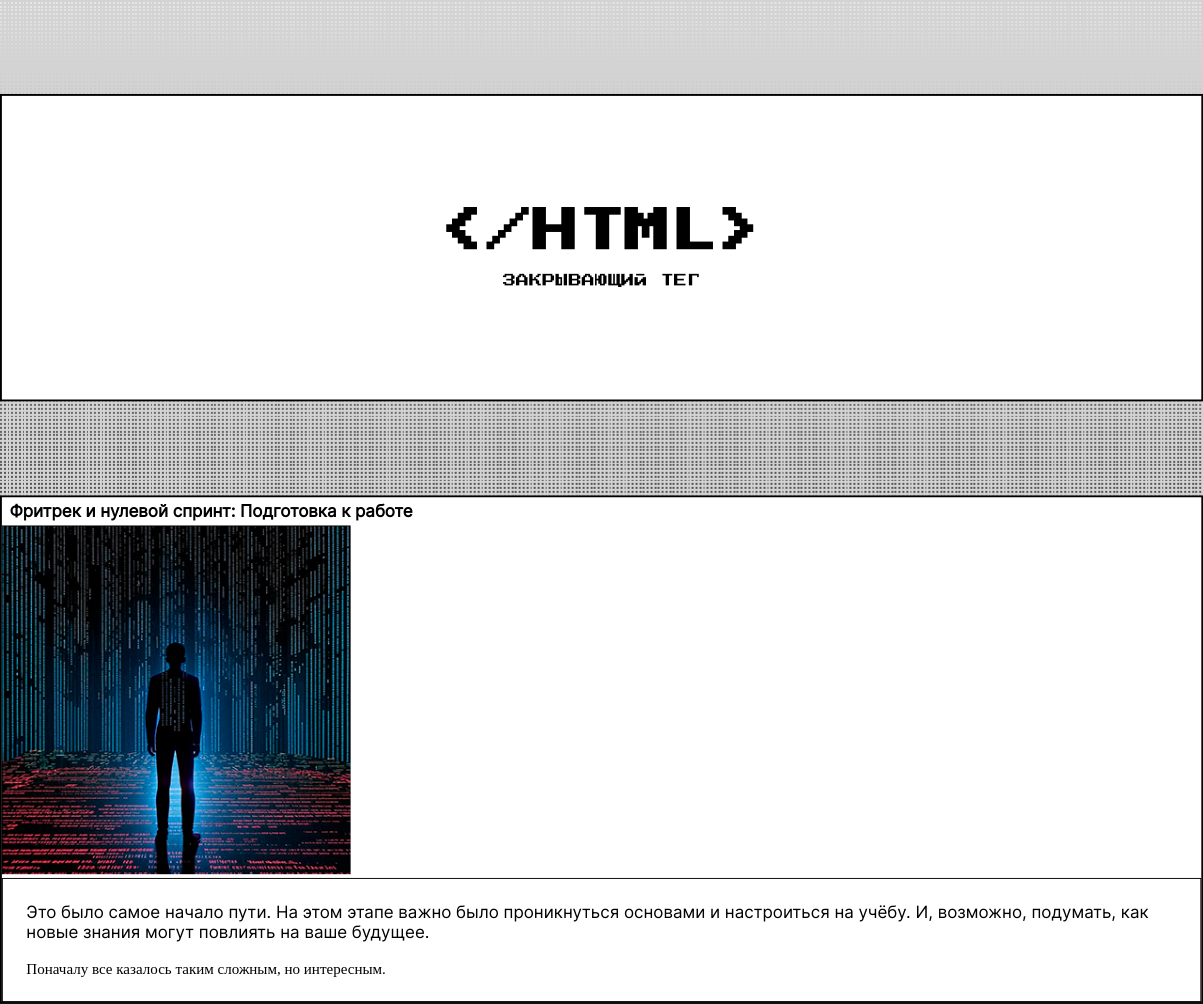
Repository: NikWolf75/zakrivayuschiy-teg-f
Page: index.html
The author's editor kept a copy of each file at every save. The page is drawn from the files as they stood at one save, then again after the next save.
The browser window is 1280 px wide. The pictures show the whole page, at 94% of full size.
Backgrounds fixed to the window are drawn as part of the page.

Above is the page before, as saved 2025-03-16 17:35:19.

### index.html
<!DOCTYPE html>
<html lang="ru">
  <head>
    <meta charset="UTF-8" />
    <meta name="viewport" content="width=device-width, initial-scale=1.0" />
    <title>Закрывающий тег</title>
    <link rel="icon" href="./svg/favicon.svg" type="image/svg+xml" />
    <link rel="apple-touch-icon" href="./images/favicon.png" />
    <link rel="stylesheet" href="./fonts/fonts.css" />
    <link rel="stylesheet" href="./styles/variables.css" />
    <link rel="stylesheet" href="./styles/globals.css" />
    <link rel="stylesheet" href="./styles/style.css" />
    <link rel="stylesheet" href="./styles/animations.css" />
  </head>
  <body class="page">
    <header class="header">
      <div class="container">
        <h1 class="title-header">&lt;/HTML&gt;</h1>
        <h2 class="subtitle-header">закрывающий тег</h2>
      </div>
    </header>
    <main>
      <ul class="container__card">
        <li class="card">
          <h2 class="card__title">Фритрек и нулевой спринт: Подготовка к работе</h2>
          <div data-label="&lt;растерянность&gt;" class="wrap-img">
            <img src="./images/confusion.png" alt="растерянность перед кодом" class="post-image" />
          </div>
          <div class="card__desc">
            <p class="main__text">
              Это было самое начало пути.
              На этом этапе важно было проникнуться основами
              и настроиться на учёбу. И, возможно, подумать,
              как новые знания могут повлиять на ваше будущее.
            </p>
            <p class="main__sub-text">
              Поначалу все казалось таким сложным, но интересным.
            </p>
          </div>
        </li>
      </ul>
    </main>
    <script src="./scripts/like.js"></script>
  </body>
</html>

### fonts/fonts.css
/* В этом файле вы импортируете все шрифты для сайта. Один из них вариативный и требует особенной настройки */
@font-face {
    font-family: 'PressStart2P';
    font-style: normal;
    font-weight: 400;
    font-display: swap;
    src:
        local('PressStart2P'),
        url(./PressStart2P-Regular.woff) format('woff');
}

@font-face {
    font-family: 'Inter';
    font-weight: 400;
    font-display: swap;
    src:
        local('Inter')
        url(./Inter-Variable.woff2) format('woff2 support variations'),
        url(./Inter-Variable.woff2) format('woff2-variations')
}

### styles/variables.css
/* В этом файле будут храниться все значения переменных в исходном состоянии, а так же их изменения в зависимости от ширины устройства */
:root {
--font-title-ps2p: 'PressStart2P', sans-serif;
--font-title-Inter: 'Inter', sans-serif;
--background-gradient-main:#d3d3d3;
--background-gradient-line:#e7e7e7;
--background-gradient-lines:#1a1a1a;
--font-weight-normal: 400;
--font-weight-bold: 700;

--gradients: repeating-linear-gradient(-90deg, #d3d3d3 0px, #d3d3d3 2px, transparent 2px, transparent 4px),
repeating-linear-gradient(#d3d3d3 0px, #d3d3d3 2px, transparent 2px, transparent 4px),
repeating-linear-gradient(#e7e7e7 0.01%, #1a1a1a);

--backround-color: #fff;
--border-color: #000;
}

### styles/style.css
/* Здесь вы напишете основную часть стилей страницы.

Будьте внимательны! Для корректной работы скриптов на этом сайте нужно, чтобы в HTML некоторые классы были названы особым образом:
✦ like-icon — для svg-иконки анимированного сердца
✦ card__like-button — для кнопки Like рядом с иконкой
✦ card__icon-button — для кнопки, оборачивающей иконку
✦ card__icon-button — для кнопки, оборачивающей иконку
✦ is-liked — для обозначения состояния лайкнутой иконки в виде сердца
✦ button__text — для обозначения текстового элемента внутри кнопки

*/

.page {
  min-inline-size: 320px;
  min-block-size: 100dvh;
  background-image: var(--gradients);
  background-position: center;
  background-size: cover;
  background-attachment: fixed;
  background-repeat: no-repeat;
}

.header {
  width: 100%;
}

.title-header {
  display: flex;
  font-weight: 400px;
  justify-content: center;
  align-items: center;
  font-size: 49px;
  line-height: 49px;
  font-family: var(--font-title-ps2p);
}

.subtitle-header {
  display: flex;
  font-family: var(--font-title-ps2p);
  font-weight: 400;
  font-size: 14px;
  justify-self: center;
  line-height: 14px;
  margin-top: 20px;
  text-transform: uppercase;
}

.container {
  background-color: var(--backround-color);
  margin-top: 100px;
  border: 2px var(--border-color) solid;
  width: 100%;
  justify-self: center;
  padding-bottom: 120px;
  padding-top: 120px;
}

.container__card {
  display: flex;
  margin-top: 100px;
  flex-direction: column;
  row-gap: 50px;
}

.card__title {
  font-family: var(--font-title-Inter);
  font-weight: var(--font-weight-bold);
  font-size: 18px;
  border: 2px var(--backround-color: #fff) solid;
  padding: 4px 8px;
  line-height: 1.2;
}

.card {
  display: flex;
  flex-direction: column;
  border: 2px var(--border-color) solid;
  background-color: var(--backround-color);
}

.main__text, .main__sab-text {
  font-family: var(--font-title-Inter);
  font-weight: var(--font-weight-normal);
  font-size: 18px;
  line-height: 21px;
}

.card__desc {
  display: flex;
  flex-direction: column;
  padding: 25px;
  border: 1px var(--border-color) solid;
  gap: 20px;
}

### styles/animations.css
/* Опишите в этом файле все keyframes для проекта и стили анимаций иконки Like.

Будьте внимательны! Для корректной работы скриптов на этом сайте нужно, чтобы в HTML некоторые классы были названы особым образом:
✦ like-icon — для svg-иконки анимированного сердца
✦ card__like-button — для кнопки Like рядом с иконкой
✦ card__icon-button — для кнопки, оборачивающей иконку
✦ card__icon-button — для кнопки, оборачивающей иконку
✦ is-liked — для обозначения состояния лайкнутой иконки в виде сердца
✦ button__text — для обозначения текстового элемента внутри кнопки

*/

### scripts/like.js
/* этот скрипт использует такие имена классов:
✦ like-icon — для svg-иконки анимированного сердца
✦ card__like-button — для кнопки Like рядом с иконкой
✦ card__icon-button — для кнопки, оборачивающей иконку
✦ card__icon-button — для кнопки, оборачивающей иконку
✦ is-liked — для обозначения состояния лайкнутой иконки в виде сердца
✦ button__text — для обозначения текстового элемента внутри кнопки
Если эти классы поменять в HTML, скрипт перестанет работать. Будьте аккуратны.
*/

const likeHeartArray = document.querySelectorAll('.like-icon');
const likeButtonArray = document.querySelectorAll('.card__like-button');
const iconButtonArray = document.querySelectorAll('.card__icon-button');

iconButtonArray.forEach((iconButton, index) => {
  iconButton.onclick = () =>
    toggleIsLiked(likeHeartArray[index], likeButtonArray[index]);
});

likeButtonArray.forEach((button, index) => {
  button.onclick = () => toggleIsLiked(likeHeartArray[index], button);
});

function toggleIsLiked(heart, button) {
  heart.classList.toggle('is-liked');
  setButtonText(heart, button);
}

function setButtonText(heart, button) {
  if ([...heart.classList].includes('is-liked')) {
    setTimeout(
      () => (button.querySelector('.button__text').textContent = 'Unlike'),
      500
    );
  } else {
    setTimeout(
      () => (button.querySelector('.button__text').textContent = 'Like'),
      500
    );
  }
}

Loaded but not shown: styles/globals.css (common file)

After the next save:
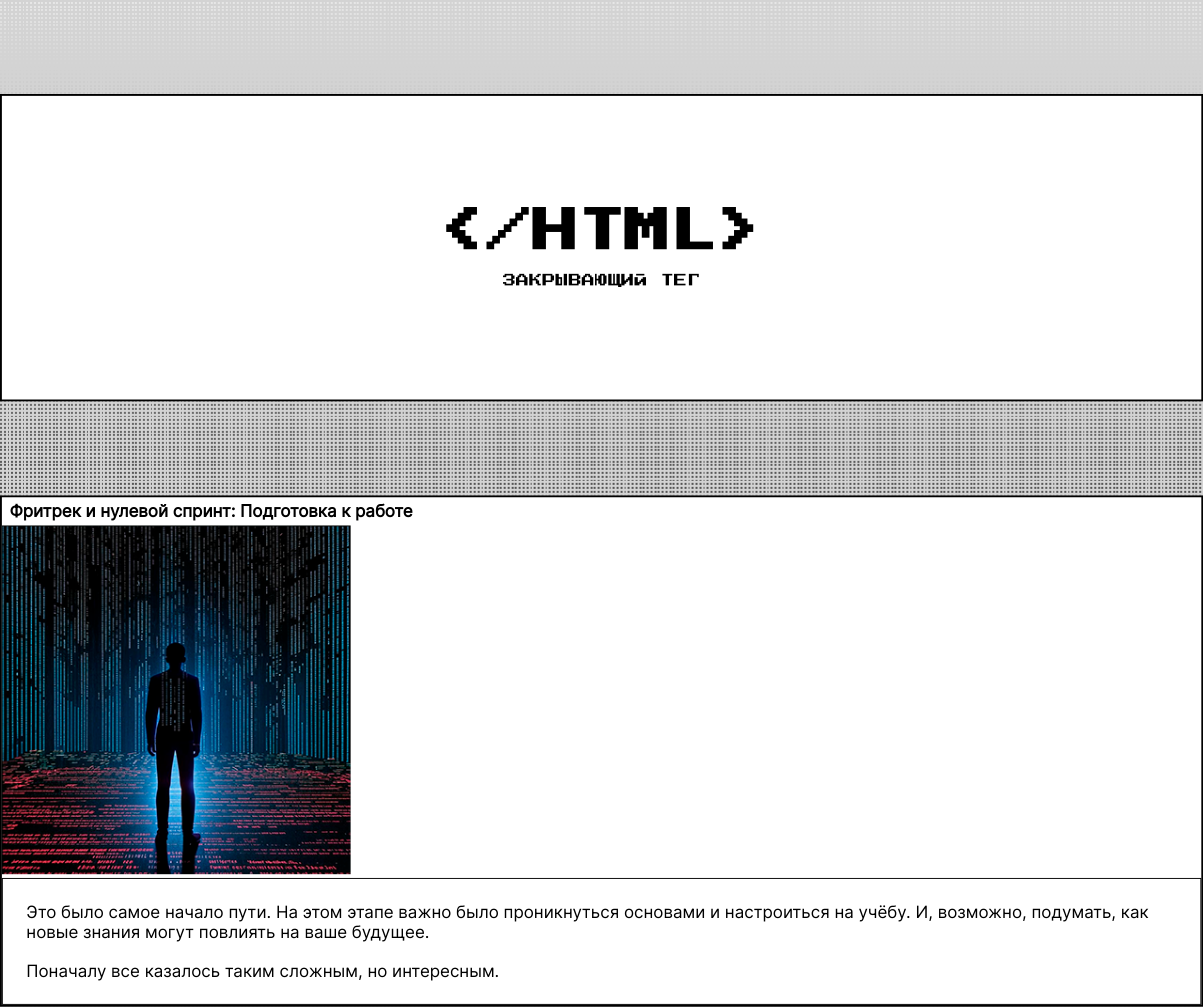
Saved 16 s later.
--- a/styles/style.css
+++ b/styles/style.css
@@ -78,7 +78,7 @@
   background-color: var(--backround-color);
 }
 
-.main__text, .main__sab-text {
+.main__text, .main__sub-text {
   font-family: var(--font-title-Inter);
   font-weight: var(--font-weight-normal);
   font-size: 18px;
